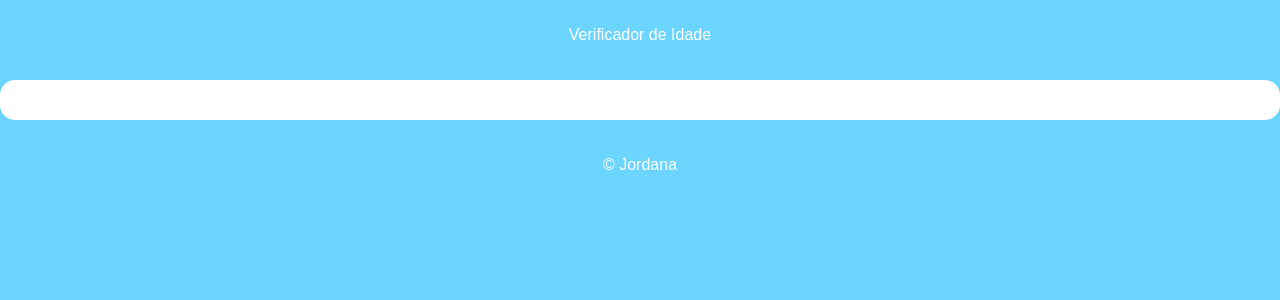
Repository: Iamjordana/Curso-JavaScript
Page: desafio/d02/inde.html
These files come from the project's save history. The page is drawn as it stood at one moment and after a run of saves; the edit follows.
The browser window is 1280 px wide. The pictures show the whole page.

Above is the page before, as saved 2025-02-20 12:03:42.

### desafio/d02/inde.html
<!DOCTYPE html>
<html lang="pt-br">
<head>
    <meta charset="UTF-8">
    <meta name="viewport" content="width=device-width, initial-scale=1.0">
    <title>Modelo Exercicio 2</title>
    <link rel="stylesheet" href="style.css">
</head>
<body>
    <header>
        <p>Verificador de Idade</p>
    </header>
    <section>
        <div>

        </div>
        <div>

        </div>
    </section>
    <footer>
        <p>&copy; Jordana</p>
    </footer>
    <script src="js.js"></script>
</body>
</html>

### desafio/d02/style.css
@charset "UTF-8";

body {
  font-family: Arial, sans-serif;
  background-color: #6bd5ff;
  margin: 0;
  padding: 0;
}

header {
  color: white;
  text-align: center;
  padding: 10px 0;
}

div {
  margin: 0 auto;
  width: 80%;
  text-align: center;
}

section {
  background-color: white;
  padding: 20px;
  margin: 10px 0;
  border-radius: 15px;
}

footer {
  color: #ffffff;
  text-align: center;
  padding: 10px 0;
  border-radius: 15px;
}

Loaded but not shown: ex008/js.js (common file)

After the next 2 saves:
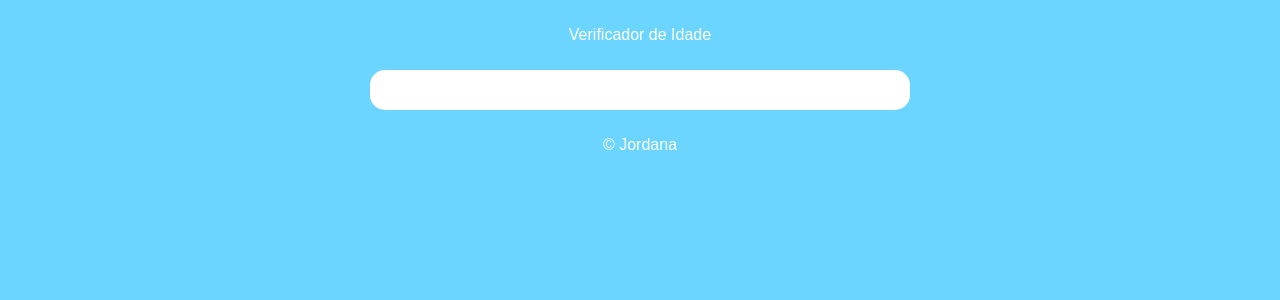
The 2 saves are shown as one change because they came seconds apart.
The last was saved 20 s later.
--- a/desafio/d02/style.css
+++ b/desafio/d02/style.css
@@ -22,8 +22,9 @@ div {
 section {
   background-color: white;
   padding: 20px;
-  margin: 10px 0;
   border-radius: 15px;
+  width: 500px;
+  margin: auto;
 }
 
 footer {
